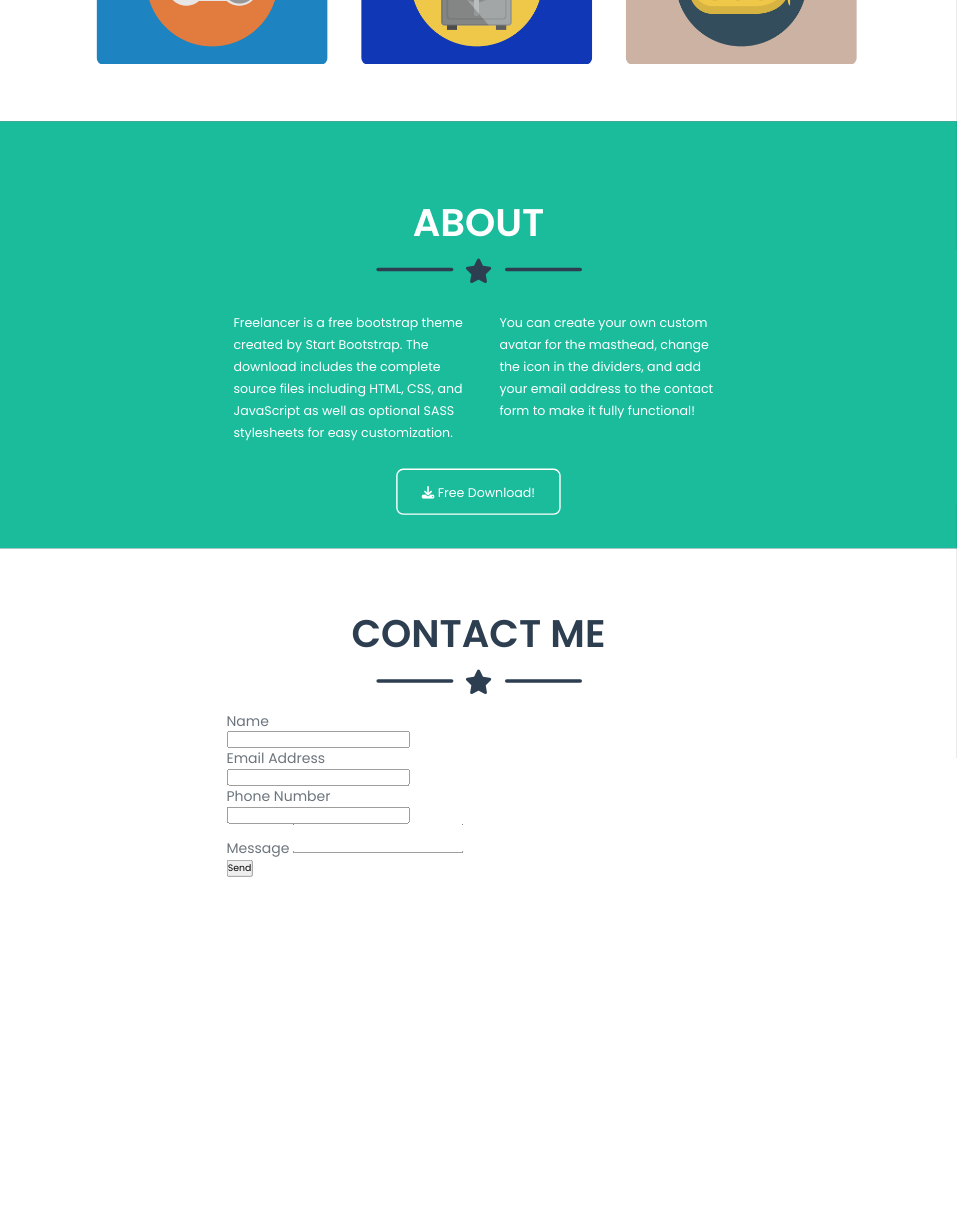
Repository: sSoRaK/web-cut-by-figma_train
Page: bai02/index.html
The author's editor kept a copy of each file at every save. The page is drawn from the files as they stood at one save, then again after the next save.
The browser window is 1280 px wide. The page is 1367 px wide, so the pictures cover 1367 px, including what lies to the right of the window. The pictures show the part of the page from y = 1459 to 3219 px (the page is 3219 px tall), at 70% of full size.

Above is the page before, as saved 2023-06-02 14:28:05.

After the next save:
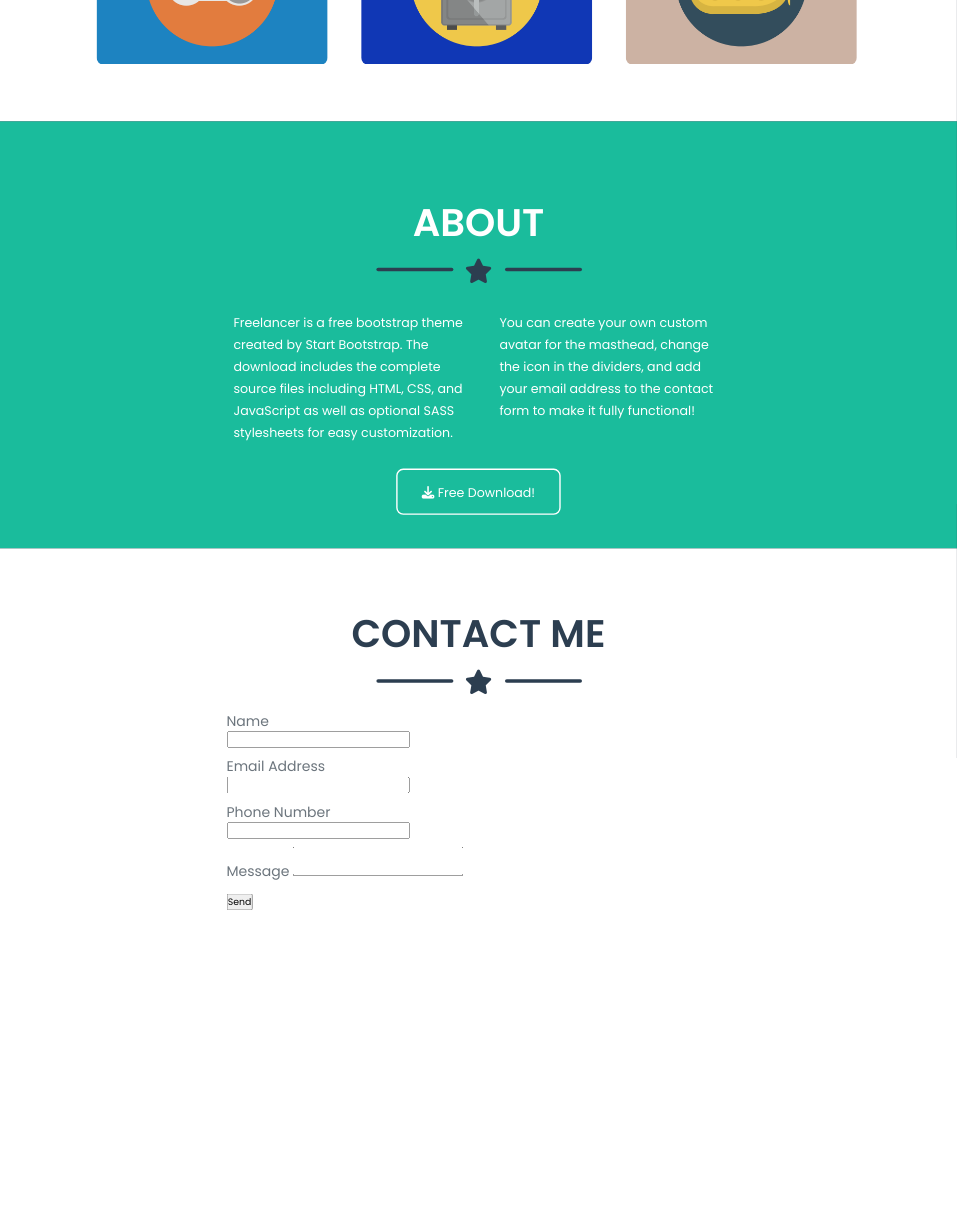
Saved 58 s later.
--- a/bai02/style.css
+++ b/bai02/style.css
@@ -183,6 +183,10 @@ ul li a {
   height: 610px;
   margin: 0 auto;
 }
+.block {
+  width: 100%;
+  height: 65px;
+}
 .block label {
   color: #6c757d;
   font-size: 20px;
